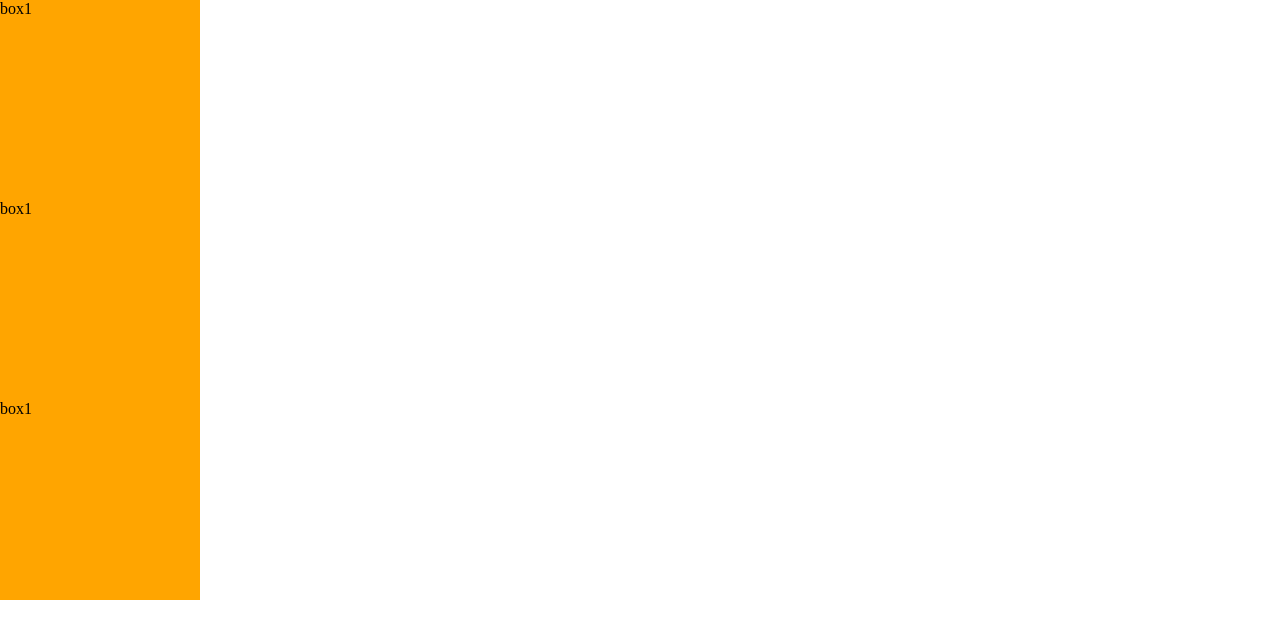
Repository: gwonjunsu95/html5
Page: html5/WebContent/day0203.html
An editor plug-in stored every save of this project. The page is shown before and after the next save, followed by the edit.
The browser window is 1280 px wide. The pictures show the whole page.

Above is the page before, as saved 2020-04-17 04:52:31.

### html5/WebContent/day0203.html
<!DOCTYPE html>
<html>
<head>
	<meta charset="UTF-8">
	<title>박스모델 예제</title>
	<style>
	*{
		margin : 0;
		padding : 0;
		text-decoration : none;
		list-style : none;
	}

	#box1{
		width: 200px;
		height: 200px;
		background : orange;
		}

	#box2, #box3{
		display : none;
	}
	</style>
</head>
<body>
	<div id = "box1">box1</div>
	<div id = "box1">box1</div>
	<div id = "box1">box1</div>
</body>
</html>

After the next save:
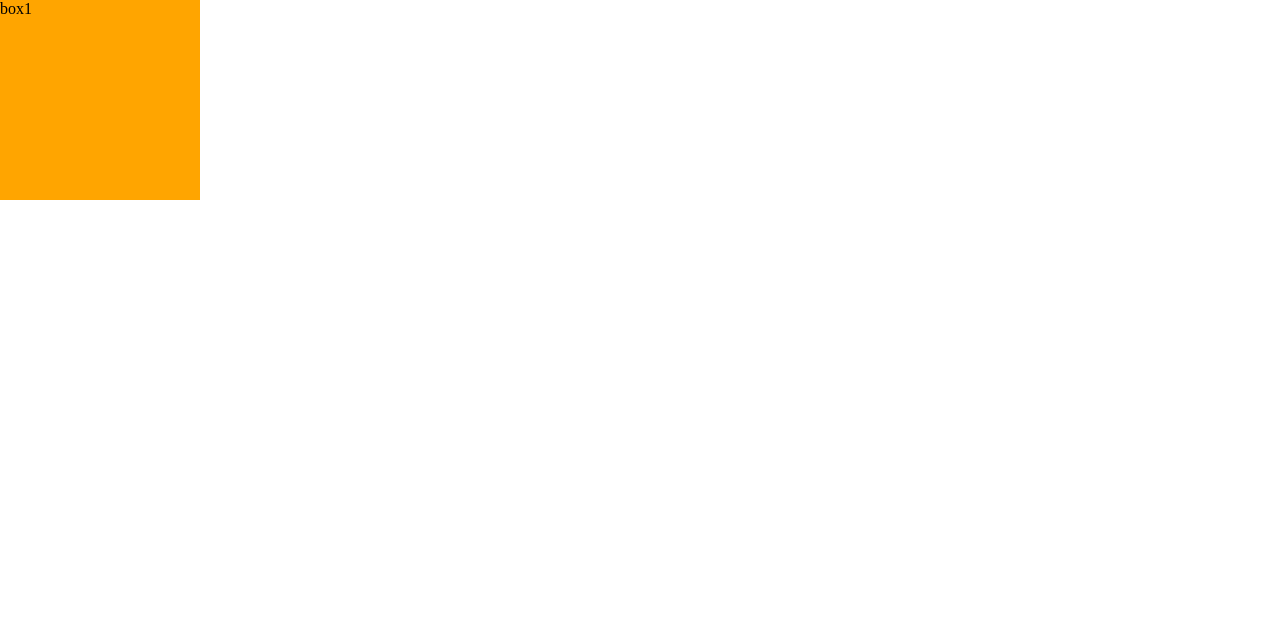
Saved 13 s later.
--- a/html5/WebContent/day0203.html
+++ b/html5/WebContent/day0203.html
@@ -24,7 +24,7 @@
 </head>
 <body>
 	<div id = "box1">box1</div>
-	<div id = "box1">box1</div>
-	<div id = "box1">box1</div>
+	<div id = "box2">box2</div>
+	<div id = "box3">box3</div>
 </body>
 </html>
